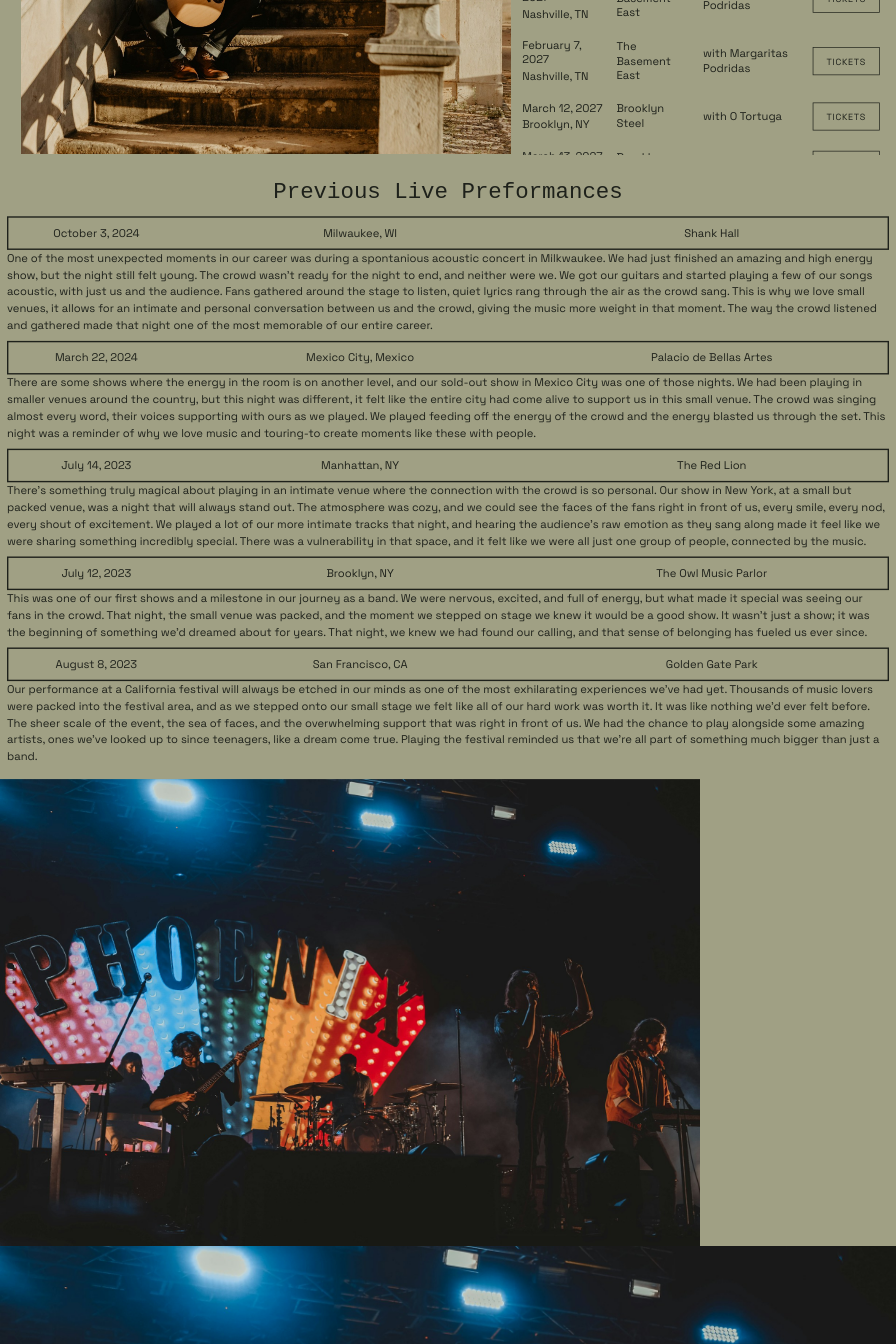
Repository: lime929/voices-del-viento
Page: /tour
The author's editor kept a copy of each file at every save. The page is drawn from the files as they stood at one save, then again after the next save.
The browser window is 1280 px wide. The pictures show the part of the page from y = 770 to 2690 px (the page is 9951 px tall before and 10005 px after), at 70% of full size.
An inner scrolling area shows only its first screen. The project was rebuilt for these pictures with package versions that can differ from the ones it lists, and the page was loaded fresh each time. The framework's server and built-in components were replaced by stand-ins that run in the browser. Also part of the build but not shown: next.config.mjs.

Above is the page before, as saved 2026-09-14 16:57:18.

After the next save:
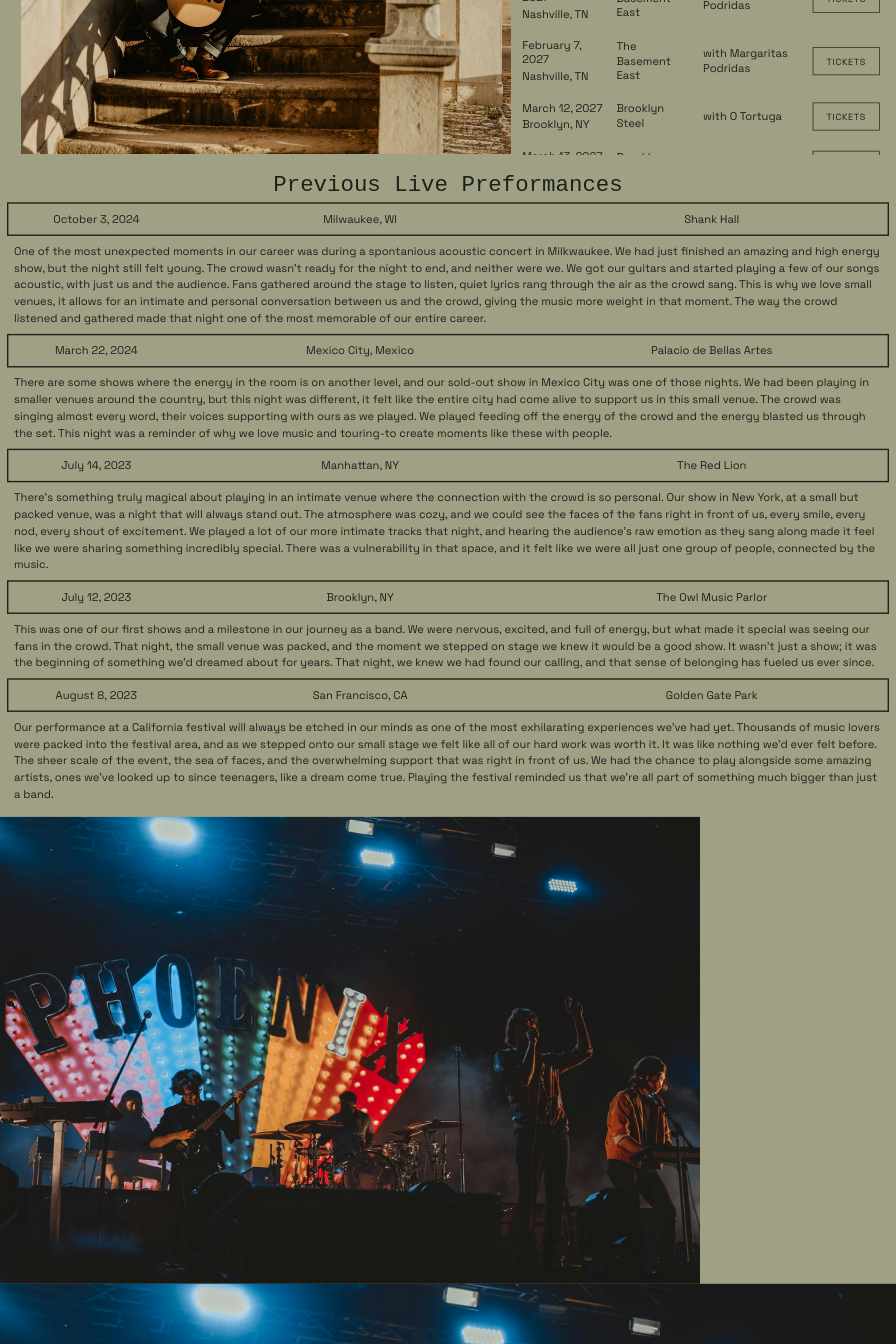
Saved 11 s later.
--- a/app/tour/page.module.css
+++ b/app/tour/page.module.css
@@ -138,7 +138,6 @@
  font-size: 2rem;
  /* text-decoration: underline; */
   text-align: center;
-  padding: 10px 10px
 
 }
 .pastTour {
@@ -159,7 +158,7 @@
 
 .tourDescription {
   /* border-bottom: 3px solid var(--color-band-olive); */
-  padding-bottom: 10px;
+  padding: 10px 10px
 
 }
 
